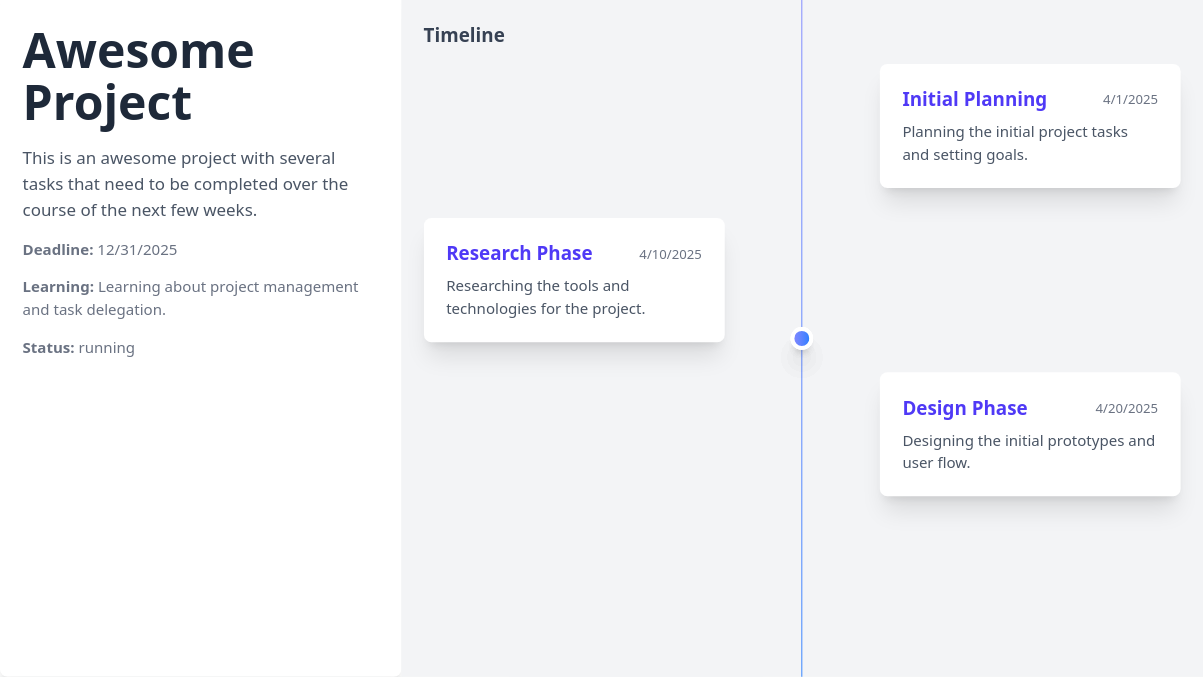
Repository: mohitagrawal0412/Workify
Page: /projectDetails (app in client/)
These files come from the project's save history. The page is drawn as it stood at one moment and after the next save; the edit follows.
The browser window is 1280 px wide. The pictures show the whole page, at 94% of full size.
The project was rebuilt for these pictures with package versions that can differ from the ones it lists, and the page was loaded fresh each time. Also part of the build but not shown: client/vite.config.js, client/src/Components/Dashboard/Dashboard.jsx, client/src/Components/Dashboard/AllProjects.jsx, client/src/Components/Dashboard/EntryDetails.jsx.

Above is the page before, as saved 2025-04-15 10:21:42.

After the next save:
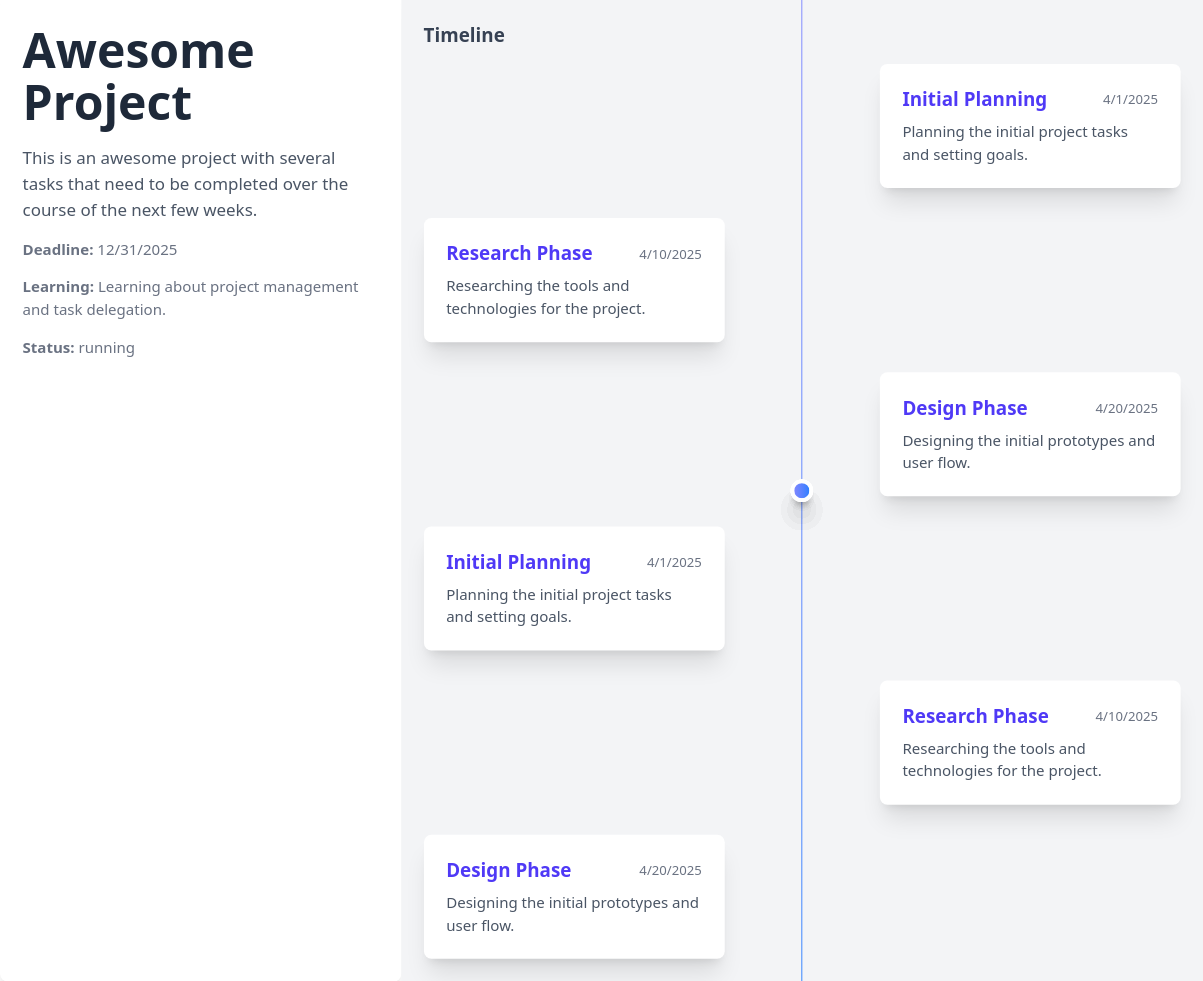
Saved 29 s later.
--- a/client/src/Components/Dashboard/ProjectDetails.jsx
+++ b/client/src/Components/Dashboard/ProjectDetails.jsx
@@ -17,6 +17,24 @@ const ProjectDetails = () => {
         learning: "Learning about project management and task delegation.",
         status: "running",
         entries: [
+            {
+                _id: "entry1",
+                title: "Initial Planning",
+                description: "Planning the initial project tasks and setting goals.",
+                date: "2025-04-01",
+            },
+            {
+                _id: "entry2",
+                title: "Research Phase",
+                description: "Researching the tools and technologies for the project.",
+                date: "2025-04-10",
+            },
+            {
+                _id: "entry3",
+                title: "Design Phase",
+                description: "Designing the initial prototypes and user flow.",
+                date: "2025-04-20",
+            },
             {
                 _id: "entry1",
                 title: "Initial Planning",
